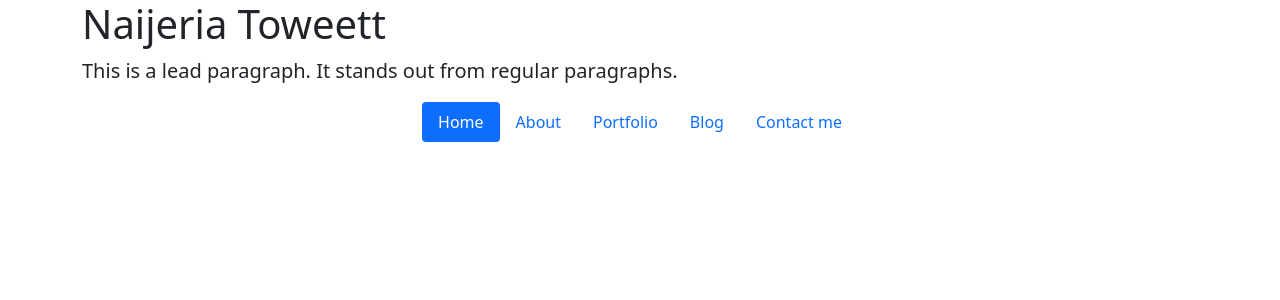
Repository: mamatechafrica/portfolio
Page: index.html
An editor plug-in stored every save of this project. The page is shown before and after the next save, followed by the edit.
The browser window is 1280 px wide. The pictures show the whole page.

Above is the page before, as saved 2022-01-04 13:26:19.

### index.html
<!doctype html>
<html lang="en">
    <head>
        <!-- Required meta tags -->
        <meta charset="utf-8">
        <meta name="viewport" content="width=device-width, initial-scale=1">

        <!-- Bootstrap CSS -->
        <link href="https://cdn.jsdelivr.net/npm/bootstrap@5.0.2/dist/css/bootstrap.min.css" rel="stylesheet" integrity="sha384-EVSTQN3/azprG1Anm3QDgpJLIm9Nao0Yz1ztcQTwFspd3yD65VohhpuuCOmLASjC" crossorigin="anonymous">

        <title>NashTheCoder portfolio</title>
    </head>
    <body>
        <div class="container">
            <h1>Naijeria Toweett</h1>
            <p class="lead">
                This is a lead paragraph. It stands out from regular paragraphs.
            </p>
        </div>

        <nav>
            <ul class="nav nav-pills justify-content-center">
                <li class="nav-item">
                  <a class="nav-link active" aria-current="page" href="#">Home</a>
                </li>
                <li class="nav-item">
                    <a class="nav-link" href="#">About</a>
                  </li>
                <li class="nav-item">
                  <a class="nav-link" href="#">Portfolio</a>
                </li>
                <li class="nav-item">
                    <a class="nav-link" href="https://mumlovestech.com/" target="blank">Blog</a>
                  </li>
                <li class="nav-item">
                  <a class="nav-link" href="#">Contact me</a>
                </li>
              </ul>
        </nav>

        <!-- Optional JavaScript; choose one of the two! -->

        <!-- Option 1: Bootstrap Bundle with Popper -->
        <script src="https://cdn.jsdelivr.net/npm/bootstrap@5.0.2/dist/js/bootstrap.bundle.min.js" integrity="sha384-MrcW6ZMFYlzcLA8Nl+NtUVF0sA7MsXsP1UyJoMp4YLEuNSfAP+JcXn/tWtIaxVXM" crossorigin="anonymous"></script>

        <!-- Option 2: Separate Popper and Bootstrap JS -->
        <!--
        <script src="https://cdn.jsdelivr.net/npm/@popperjs/core@2.9.2/dist/umd/popper.min.js" integrity="sha384-IQsoLXl5PILFhosVNubq5LC7Qb9DXgDA9i+tQ8Zj3iwWAwPtgFTxbJ8NT4GN1R8p" crossorigin="anonymous"></script>
        <script src="https://cdn.jsdelivr.net/npm/bootstrap@5.0.2/dist/js/bootstrap.min.js" integrity="sha384-cVKIPhGWiC2Al4u+LWgxfKTRIcfu0JTxR+EQDz/bgldoEyl4H0zUF0QKbrJ0EcQF" crossorigin="anonymous"></script>
        -->
    </body>
</html>

After the next save:
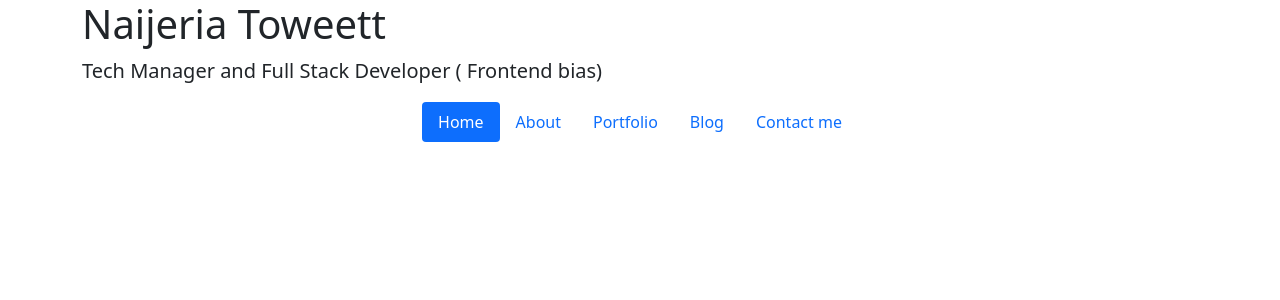
Saved 47 s later.
--- a/index.html
+++ b/index.html
@@ -14,7 +14,7 @@
         <div class="container">
             <h1>Naijeria Toweett</h1>
             <p class="lead">
-                This is a lead paragraph. It stands out from regular paragraphs.
+                Tech Manager and Full Stack Developer ( Frontend bias)
             </p>
         </div>
 
